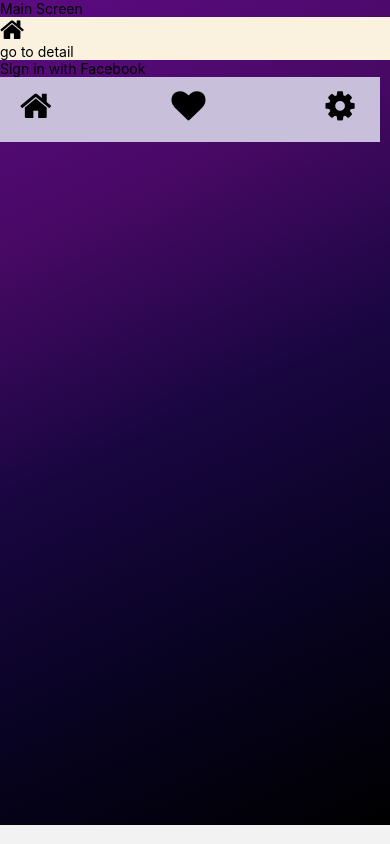
Repository: eyebone/barManager
Screen: /Main
The author's editor kept a copy of each file at every save. The screen is drawn from the files as they stood at one save, then again after a run of saves.
The app was drawn by React Native's web renderer in a window 390 px wide. The project was rebuilt for these pictures with package versions that can differ from the ones it lists, and the page was loaded fresh each time. Some packages were replaced by stand-ins written for this rebuild. Also part of the build but not shown: components/EmojiPicker.js, components/Button.js, components/ImageViewer.js, components/circleButton.js, components/IconButton.js, view/ViewOne.js, view/Sign.js.

Above is the screen before, as saved 2023-06-27 09:41:58.

After the next 3 saves:
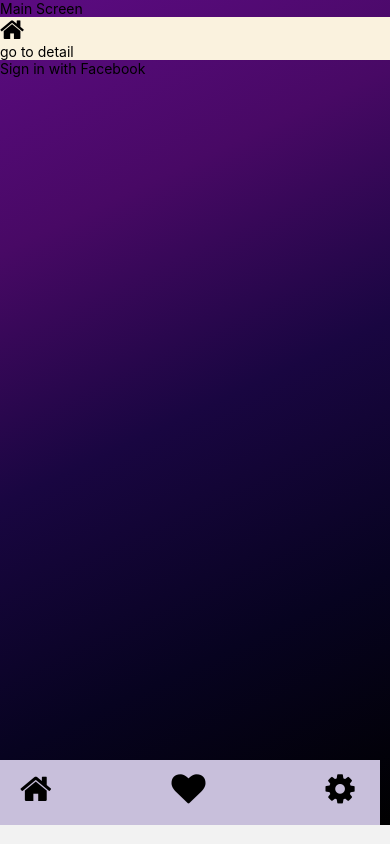
The 3 saves are shown as one change because 1 did not build or start and some came seconds apart.
The last was saved 13 s later.
--- a/components/NavigationBar.js
+++ b/components/NavigationBar.js
@@ -55,6 +55,8 @@ const styles = StyleSheet.create({
     height: 65,
     backgroundColor: "#C8BFDB",
     // marginTop: 674,
+    position: "absolute",
+    bottom: 0,
     flexDirection: "row",
   },
 });
